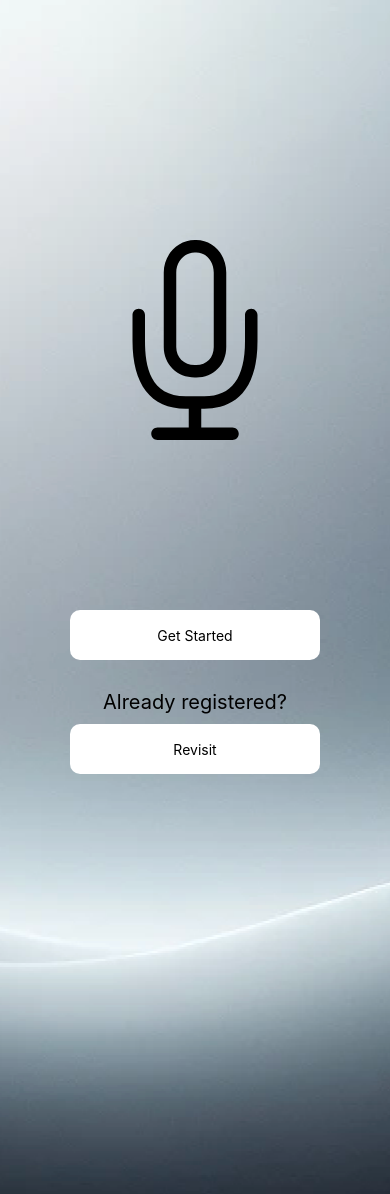
Repository: mortiestmorty1/recordings-app
Screen: / (app in frontend/)
The author's editor kept a copy of each file at every save. The screen is drawn from the files as they stood at one save, then again after the next save.
The app was drawn by React Native's web renderer in a window 390 px wide. The project was rebuilt for these pictures with package versions that can differ from the ones it lists, and the page was loaded fresh each time. Also part of the build but not shown: frontend/components/registerUser.js.

Above is the screen before, as saved 2024-03-08 01:41:35.

### frontend/App.js
import { StatusBar } from 'expo-status-bar';
import { StyleSheet, View } from 'react-native';
import RegisterUser from './components/registerUser.js';
import React from 'react';
import FirstScreen from './components/firstscreen.js';

export default function App() {
  const handleRegistrationSuccess = (userData) => {
    console.log('User registered:', userData);
  };

  return (
    <View style={styles.container}>
      <FirstScreen />
      {/* <RegisterUser onSubmit={handleRegistrationSuccess} /> */}
      <StatusBar style="auto" />
    </View>
  );
}

const styles = StyleSheet.create({
  container: {
    flex: 1,
    backgroundColor: '#fff',
    alignItems: 'center',
    justifyContent: 'center',
  },
});

### frontend/components/firstscreen.js
import React from 'react';
import { View, Text, StyleSheet, TouchableOpacity, ImageBackground } from 'react-native';
import { Svg, Path } from 'react-native-svg';
import background from '../assets/background.png'; // Ensure this path is correct

const FirstScreen = () => {
  return (
    <View style={styles.container}>
      <ImageBackground
        source={background}
        resizeMode="cover"
        style={styles.imageBackground}
      >
        <Svg style={styles.logo} fill="#000000" width="200" height="200" viewBox="0 0 1024 1024">
          <Path d="M510.88 704h7.6C607.44 704 672 638.4 672 548.032V166.624C672 73.184 604.56 0 518.466 0h-7.584C423.264 0 352 74.752 352 166.624v381.408C352 636.944 420.304 704 510.88 704zM416 166.624C416 110.032 458.56 64 510.88 64h7.6C569.504 64 608 108.128 608 166.624v381.408C608 603.024 572.032 640 518.464 640h-7.584c-55.872 0-94.88-37.808-94.88-91.968zM800 352c-17.68 0-32 14.336-32 32v133.072c0 190.4-67.968 282.929-207.744 282.929H465.12c-182.8 0-209.12-153.84-209.12-282.928V384.001c0-17.664-14.336-32-32-32s-32 14.336-32 32v133.072c0 220.496 91.888 346.928 273.12 346.928H480v96H320c-17.664 0-32 14.336-32 32s14.336 32 32 32h384c17.664 0 32-14.336 32-32s-14.336-32-32-32H544v-96h16.256C684.224 864.001 832 803.809 832 517.072V384c0-17.664-14.32-32-32-32z" />
        </Svg>
        <View style={styles.content}>
          <TouchableOpacity style={styles.btn1} onPress={() => console.log("Get Started pressed")}>
            <Text style={styles.btnText}>Get Started</Text>
          </TouchableOpacity>
          <Text style={styles.text}>Already registered?</Text>
          <TouchableOpacity style={styles.btn1} onPress={() => console.log("Revisit pressed")}>
            <Text style={styles.btnText}>Revisit</Text>
          </TouchableOpacity>
        </View>
      </ImageBackground>
    </View>
  );
};

const styles = StyleSheet.create({
  container: {
    flex: 1,
    width: '100%',
    height: '100%',
    justifyContent: 'center',
    alignItems: 'center',
  },
  imageBackground: {
    flex: 1,
    width: '100%',
    justifyContent: 'center',
    alignItems: 'center',
  },
  logo: {
    bottom: 100,
  },
  text: {
    fontSize: 20,
    margin: 20,
  },
  content: {
    justifyContent: 'center',
    alignItems: 'center',
    top: 180,
  },
  btn1: {
    width: 250,
    height: 50,
    backgroundColor: 'white',
    borderRadius: 10,
    justifyContent: 'center',
    alignItems: 'center',
    bottom: 10,
  },
  btnText: {
    color: 'black',
    font: 'Roboto',
  },
});

export default FirstScreen;

After the next save:
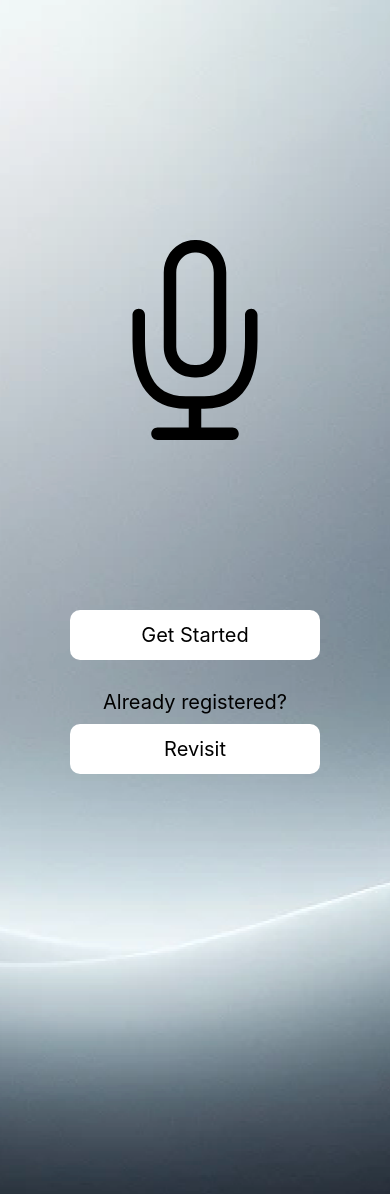
Saved 13 s later.
--- a/frontend/components/firstscreen.js
+++ b/frontend/components/firstscreen.js
@@ -65,7 +65,7 @@ const styles = StyleSheet.create({
   },
   btnText: {
     color: 'black',
-    font: 'Roboto',
+    fontSize: 20,
   },
 });
 
